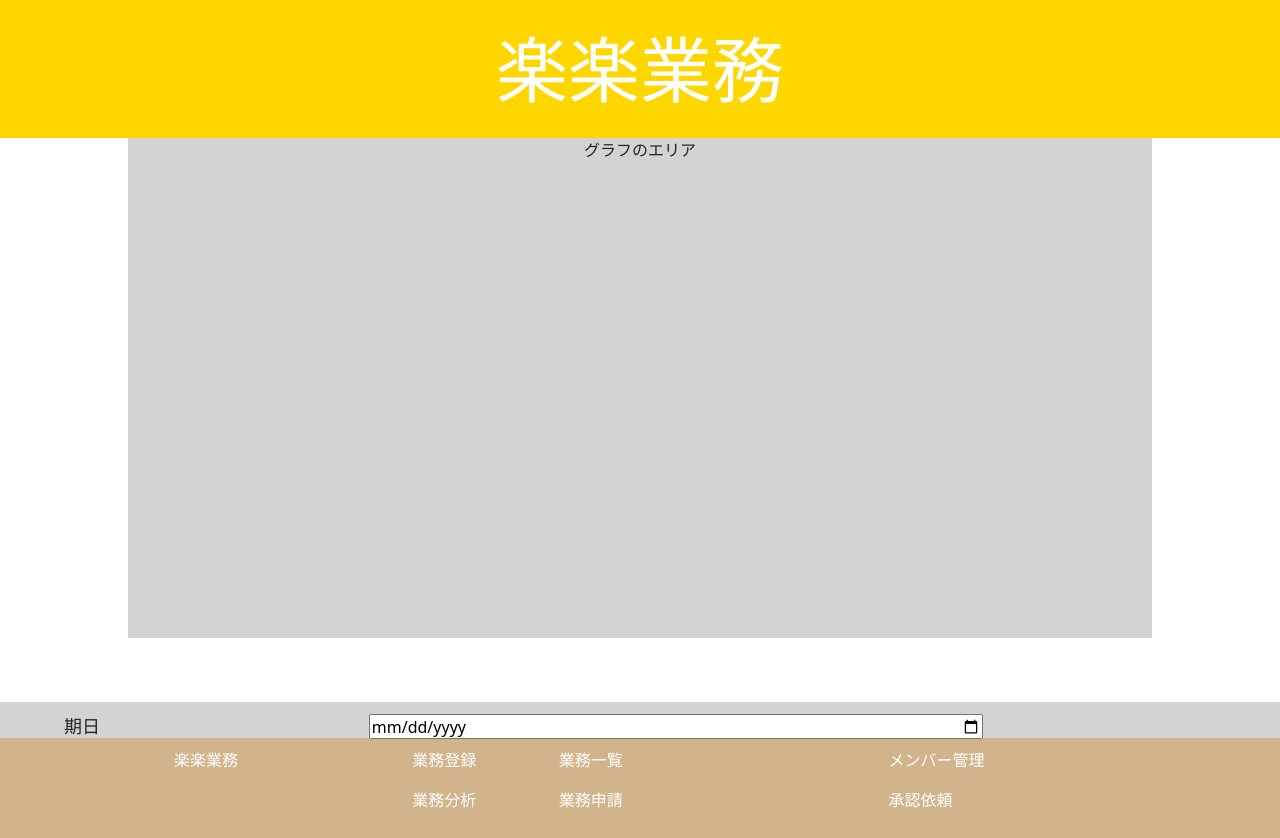
Repository: Reiya-1003/VueReplaceTask
Page: /#/graph
An editor plug-in stored every save of this project. The page is shown before and after the next save, followed by the edit.
The browser window is 1280 px wide. The pictures show the whole page.
The project was rebuilt for these pictures with package versions that can differ from the ones it lists, and the page was loaded fresh each time. Also part of the build but not shown: vue.config.js, src/components/pages/PageHome.vue, src/components/pages/PageRegister.vue, src/components/pages/PageEdit.vue.

Above is the page before, as saved 2022-06-17 09:33:21.

After the next save:
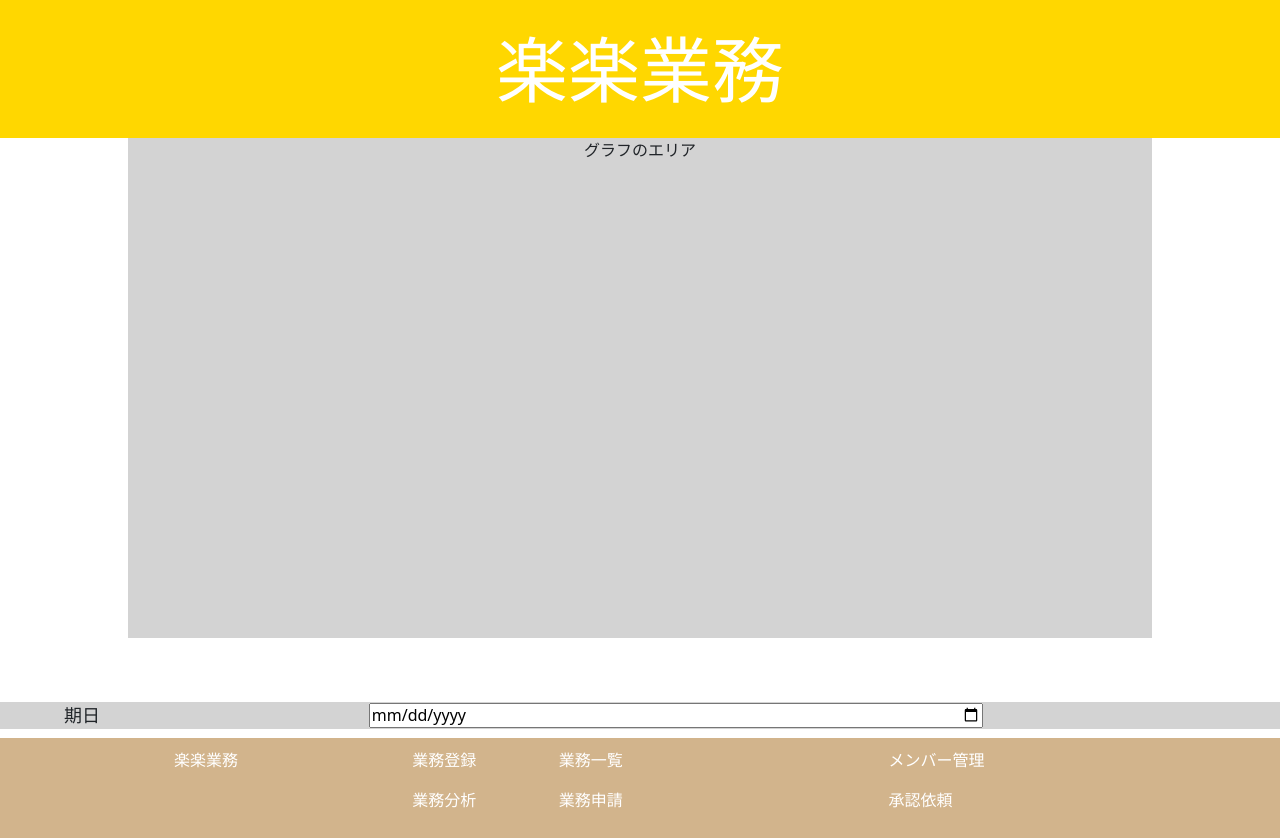
Saved 24 s later.
--- a/src/components/pages/PageGraph.vue
+++ b/src/components/pages/PageGraph.vue
@@ -35,7 +35,6 @@ div{
 
 
   .listitem {
-    height: 50px;
     display: flex;
     align-items: center;
     margin-top: 5%;
